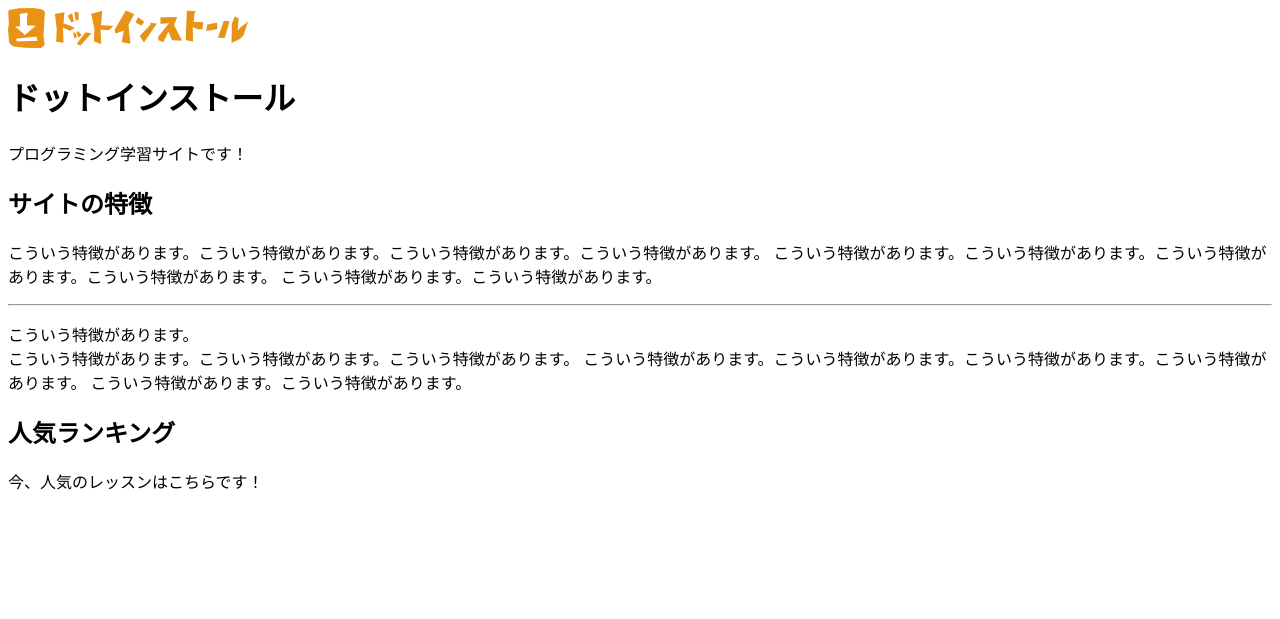
Repository: kojimayu/dotinstall-html
Page: index.html
An editor plug-in stored every save of this project. The page is shown before and after the next save, followed by the edit.
The browser window is 1280 px wide. The pictures show the whole page.

Above is the page before, as saved 2019-04-04 14:58:25.

### index.html
<!DOCTYPE html>
<html lang="ja">

<head>
    <meta charset="UTF-8">
    <title>ドットインストール</title>
    <meta name="description" content="プログラミング学習サイトのドットインストールです。">
    <link rel="icon" href="img/favicon.ico">
</head>

<body>
    <img src="img/logo.png" alt="ドットインストールのロゴです" width="240" height="40">
    <h1>ドットインストール</h1>
    <p>プログラミング学習サイトです！</p>

    <h2>サイトの特徴</h2>
    <p>こういう特徴があります。こういう特徴があります。こういう特徴があります。こういう特徴があります。
        こういう特徴があります。こういう特徴があります。こういう特徴があります。こういう特徴があります。
        こういう特徴があります。こういう特徴があります。
    </p>
    <hr>
    <p>こういう特徴があります。<br>こういう特徴があります。こういう特徴があります。こういう特徴があります。
        こういう特徴があります。こういう特徴があります。こういう特徴があります。こういう特徴があります。
        こういう特徴があります。こういう特徴があります。
    </p>

    <h2>人気ランキング</h2>
    <p>今、人気のレッスンはこちらです！</p>
</body>

</html>

After the next save:
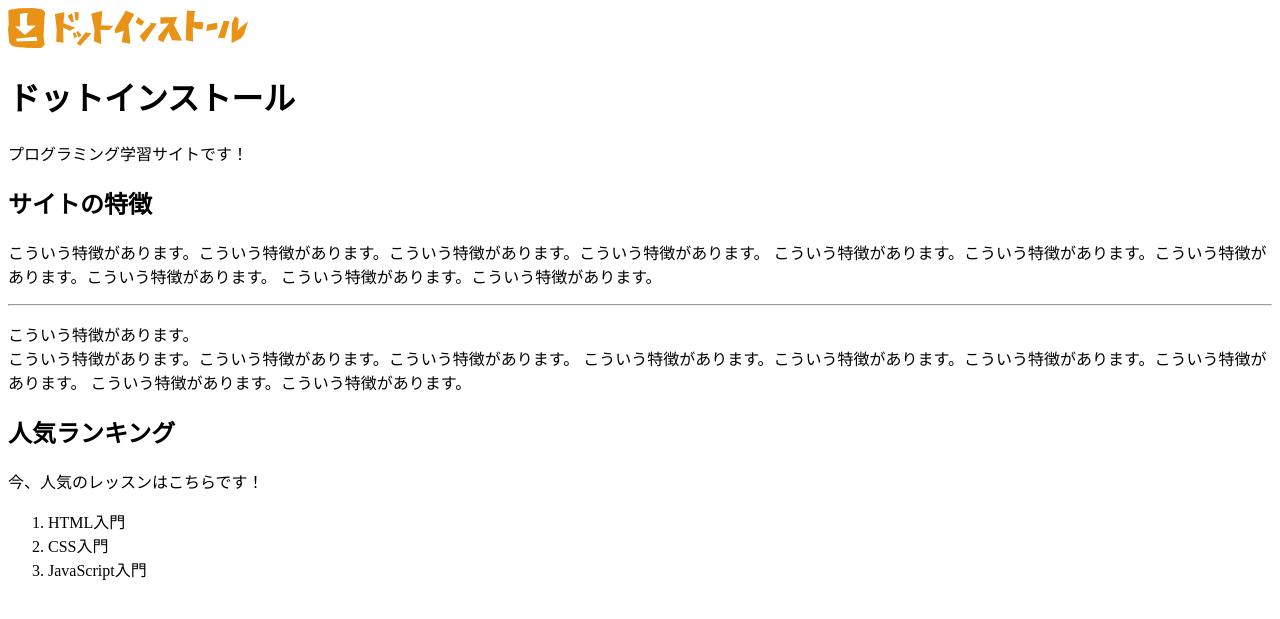
Saved 96 min 4 s later.
--- a/index.html
+++ b/index.html
@@ -26,6 +26,11 @@
 
     <h2>人気ランキング</h2>
     <p>今、人気のレッスンはこちらです！</p>
+    <ol>
+        <li>HTML入門</li>
+        <li>CSS入門</li>
+        <li>JavaScript入門</li>
+    </ol>
 </body>
 
 </html>
